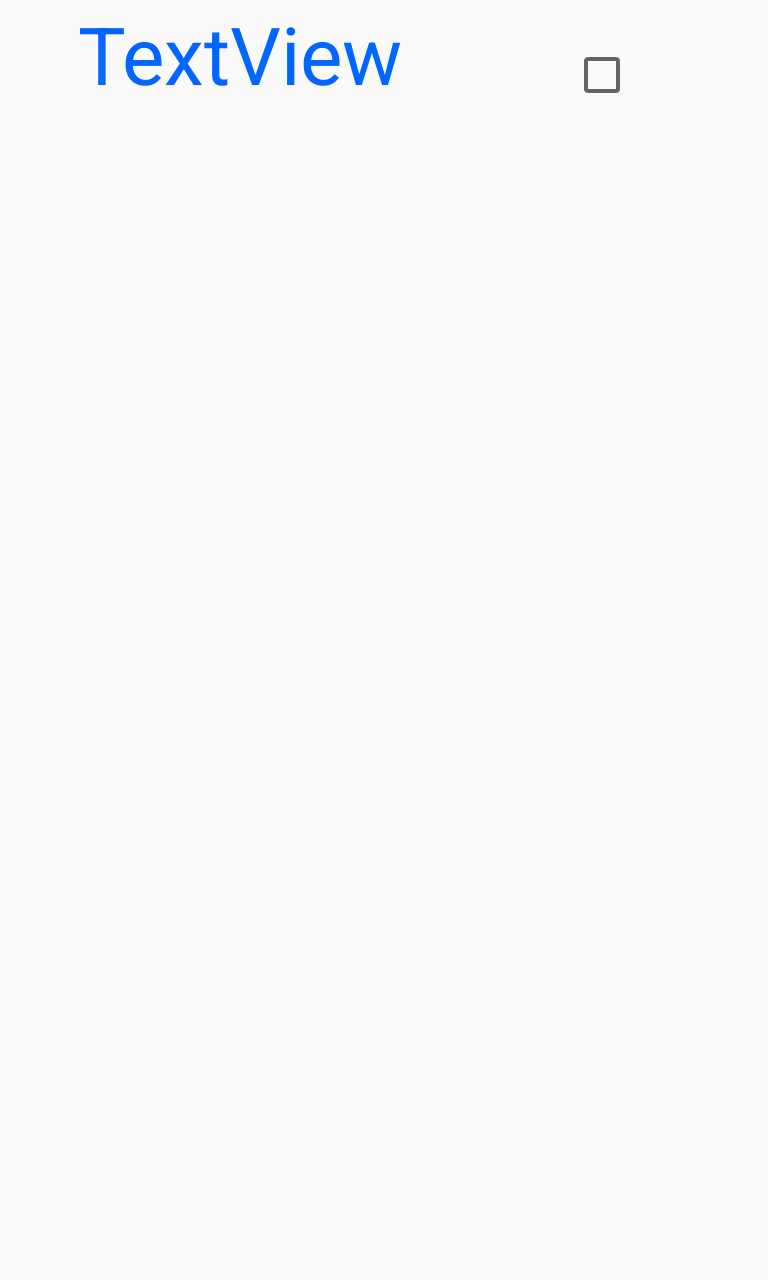
Repository: HelloLZ/WeatherReport
Layout: SunnyWeather/SunnyWeather/res/layout/item_city_list.xml
These files come from the project's save history. The layout is drawn as it stood at one moment and after the next save; the edit follows.
It is drawn on a 768 x 1280 px phone screen (xhdpi) without system bars, with theme AppTheme; the app's code is not run.

Above is the layout before, as saved 2014-11-07 12:44:00.

### SunnyWeather/SunnyWeather/res/layout/item_city_list.xml
<?xml version="1.0" encoding="utf-8"?>
<RelativeLayout xmlns:android="http://schemas.android.com/apk/res/android"
    android:layout_width="match_parent"
    android:layout_height="match_parent" >

    <TextView
        android:id="@+id/textView_mycity"
        android:layout_width="wrap_content"
        android:layout_height="wrap_content"
        android:layout_alignParentLeft="true"
        android:layout_marginLeft="39dp"
        android:text="TextView"
        android:textSize="40sp"
        android:textColor="#0066FF"/>

    <CheckBox
        android:id="@+id/checkbox_delect_mycity"
        android:layout_width="wrap_content"
        android:layout_height="wrap_content"
        android:layout_alignBottom="@+id/textView_mycity"
        android:layout_alignParentRight="true"
        android:layout_marginRight="67dp"
        android:clickable="false"
        android:focusable="false" />

</RelativeLayout>

Loaded but not shown: SunnyWeather/SunnyWeather/res/values/styles.xml (common file); SunnyWeather/SunnyWeather/res/values-v11/styles.xml (common file); SunnyWeather/SunnyWeather/res/values-v14/styles.xml (common file)

After the next save:
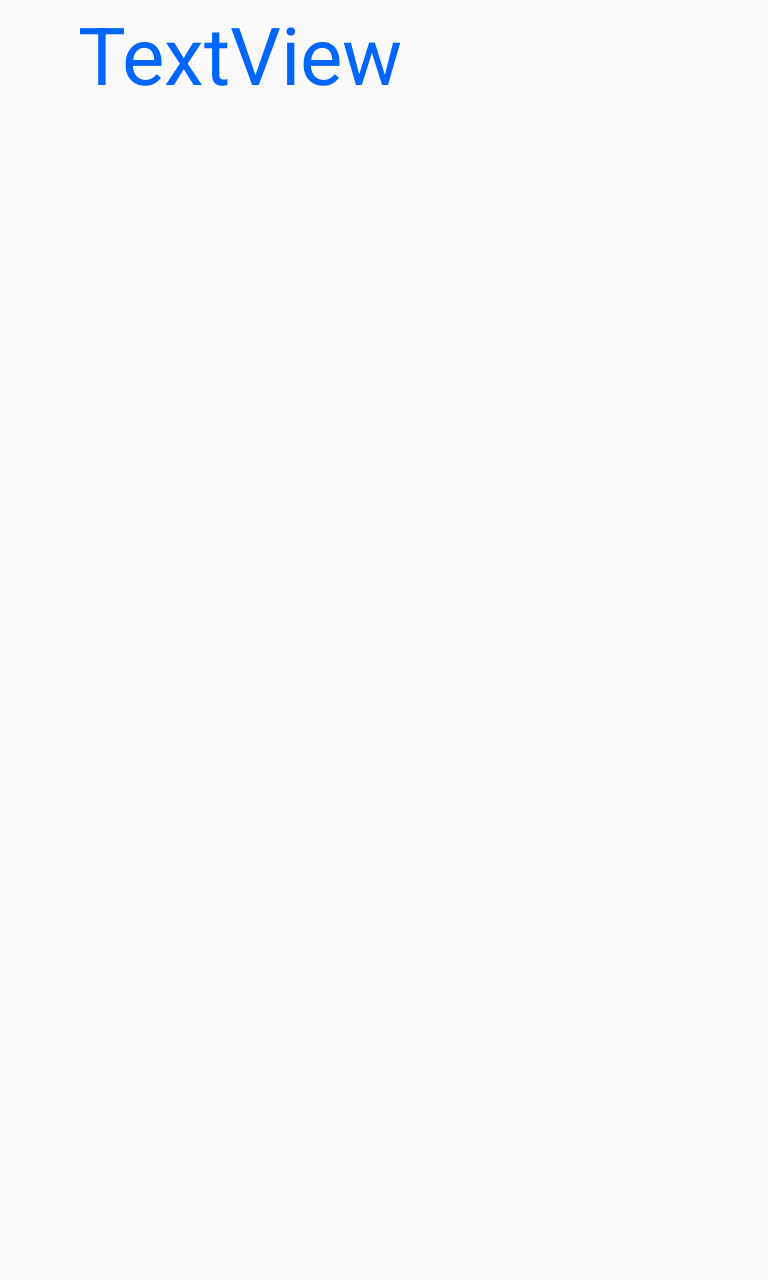
Saved 9 s later.
--- a/SunnyWeather/SunnyWeather/res/layout/item_city_list.xml
+++ b/SunnyWeather/SunnyWeather/res/layout/item_city_list.xml
@@ -21,6 +21,7 @@
         android:layout_alignParentRight="true"
         android:layout_marginRight="67dp"
         android:clickable="false"
-        android:focusable="false" />
+        android:focusable="false"
+        android:visibility="invisible"/>
 
 </RelativeLayout>
